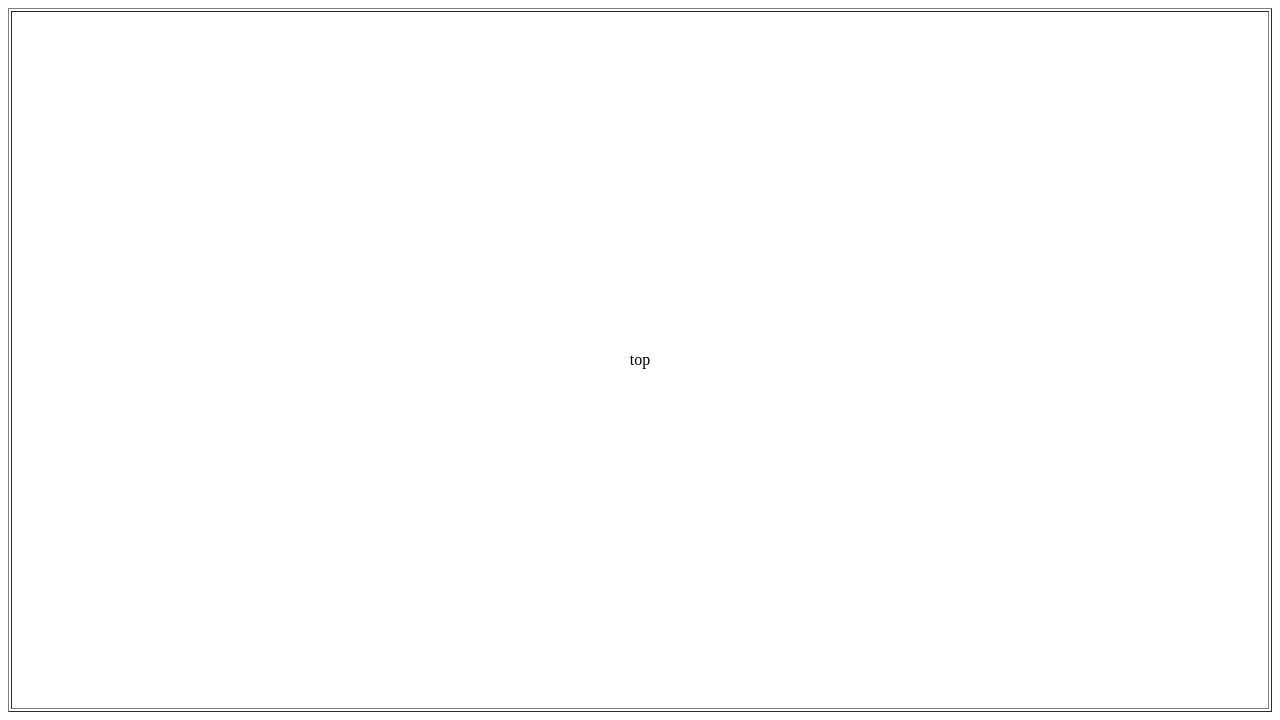
Repository: Kojonghoon/Workspace_java
Page: http://localhost/20221228/ajax/news/info.jsp
The author's editor kept a copy of each file at every save. The page is drawn from the files as they stood at one save, then again after the next save.
The browser window is 1280 px wide. The pictures show the whole page.
The page is served by Tomcat 9.

Above is the page before, as saved 2023-02-10 02:56:51.

After the next save:
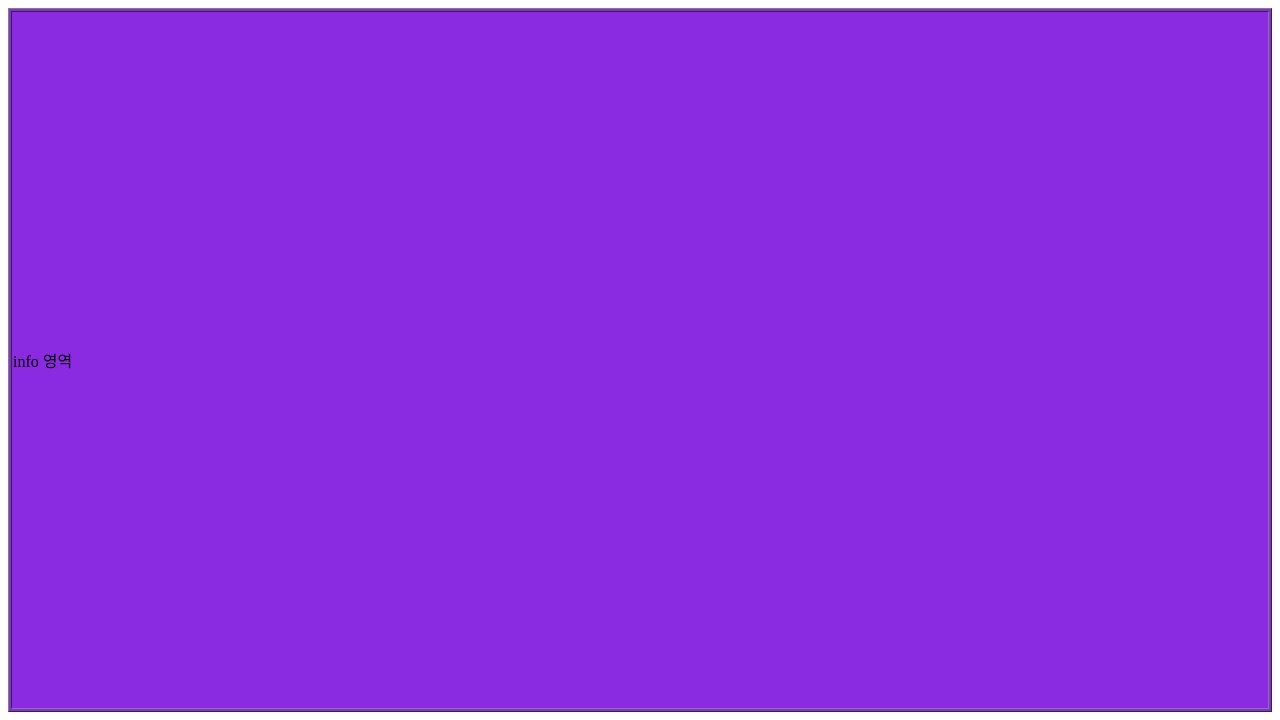
Saved 19 s later.
--- a/20221228/src/main/webapp/ajax/news/info.jsp
+++ b/20221228/src/main/webapp/ajax/news/info.jsp
@@ -1,9 +1,7 @@
 <%@ page language="java" contentType="text/html; charset=UTF-8"
     pageEncoding="UTF-8"%>
-    <!-- top start -->
-    <table border="1" width="100%" height="100%" backgroun-color="green">
-     <tr>
-      <td align="center">top</td>
-     </tr>
-    </table>
-    <!-- top end -->
+<table border="1" width="100%" height="100%" style = "background-color:blueviolet">
+  <tr>
+    <td>info 영역</td>
+  </tr>
+</table>
